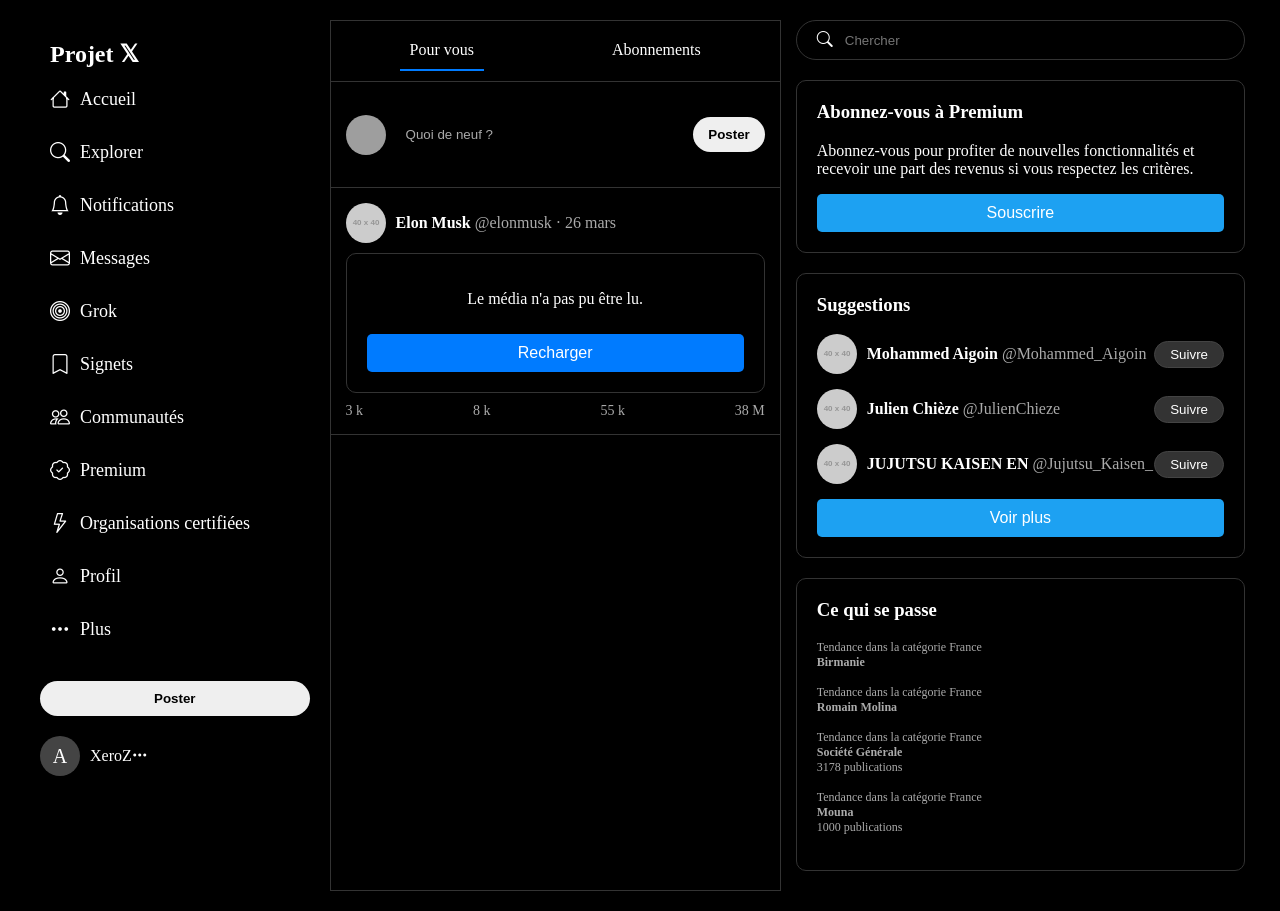
Repository: barriefl/ProjetX_BARRIER_MAULINE_MARQUES-FELIX_SERVONNET
Page: web/front/main.html
An editor plug-in stored every save of this project. The page is shown before and after the next save, followed by the edit.
The browser window is 1280 px wide. The pictures show the whole page.
Pictures or frames that could not be fetched are drawn as grey boxes.

Above is the page before, as saved 2025-03-31 09:21:46.

After the next save:
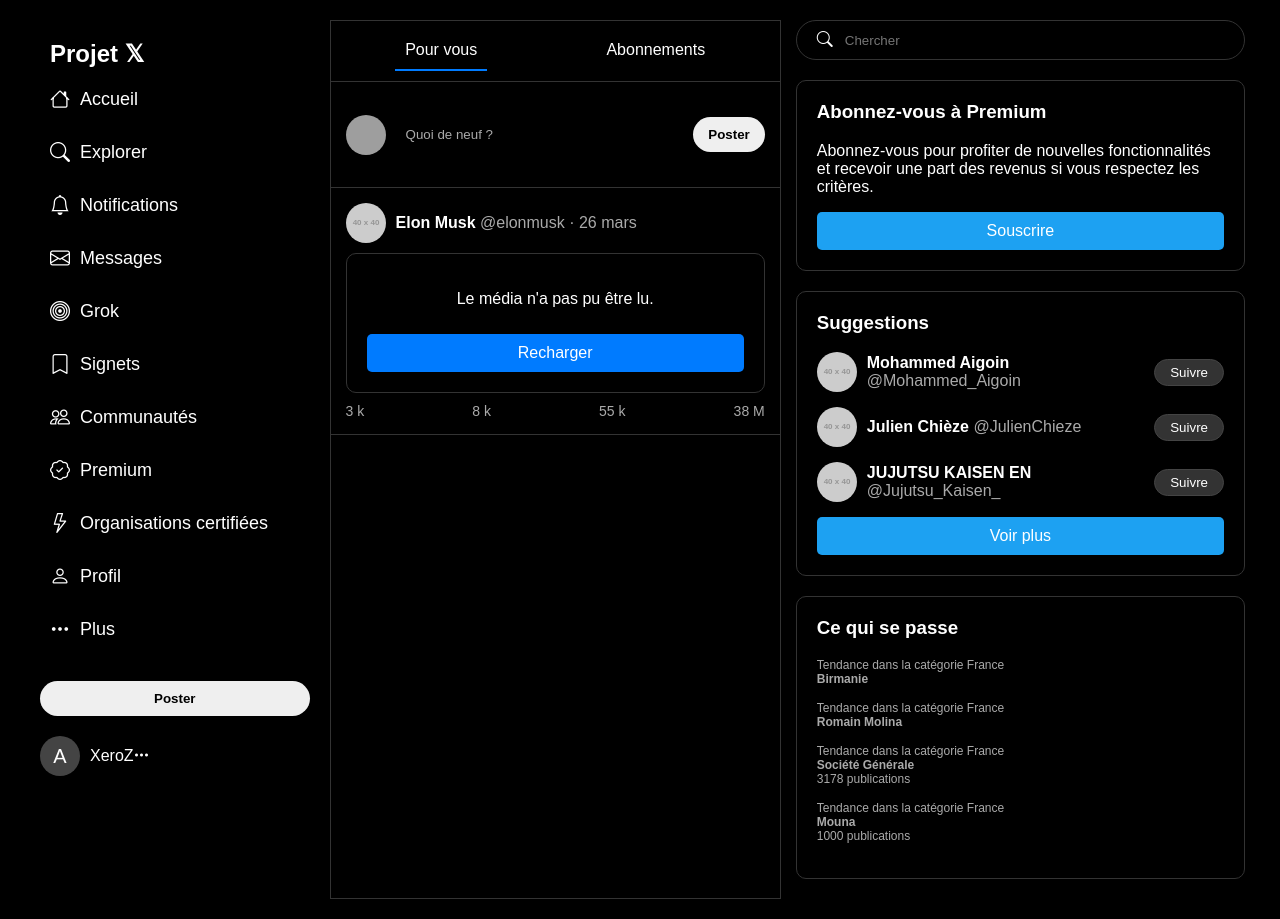
Saved 30 s later.
--- a/web/front/style/main.css
+++ b/web/front/style/main.css
@@ -1,6 +1,6 @@
 body {
     margin: 0;
-    font-family: 'Times New Roman', Times, serif;
+    font-family: Arial, Helvetica, sans-serif;
     background-color: #000;
     color: white;
     padding: 0;
